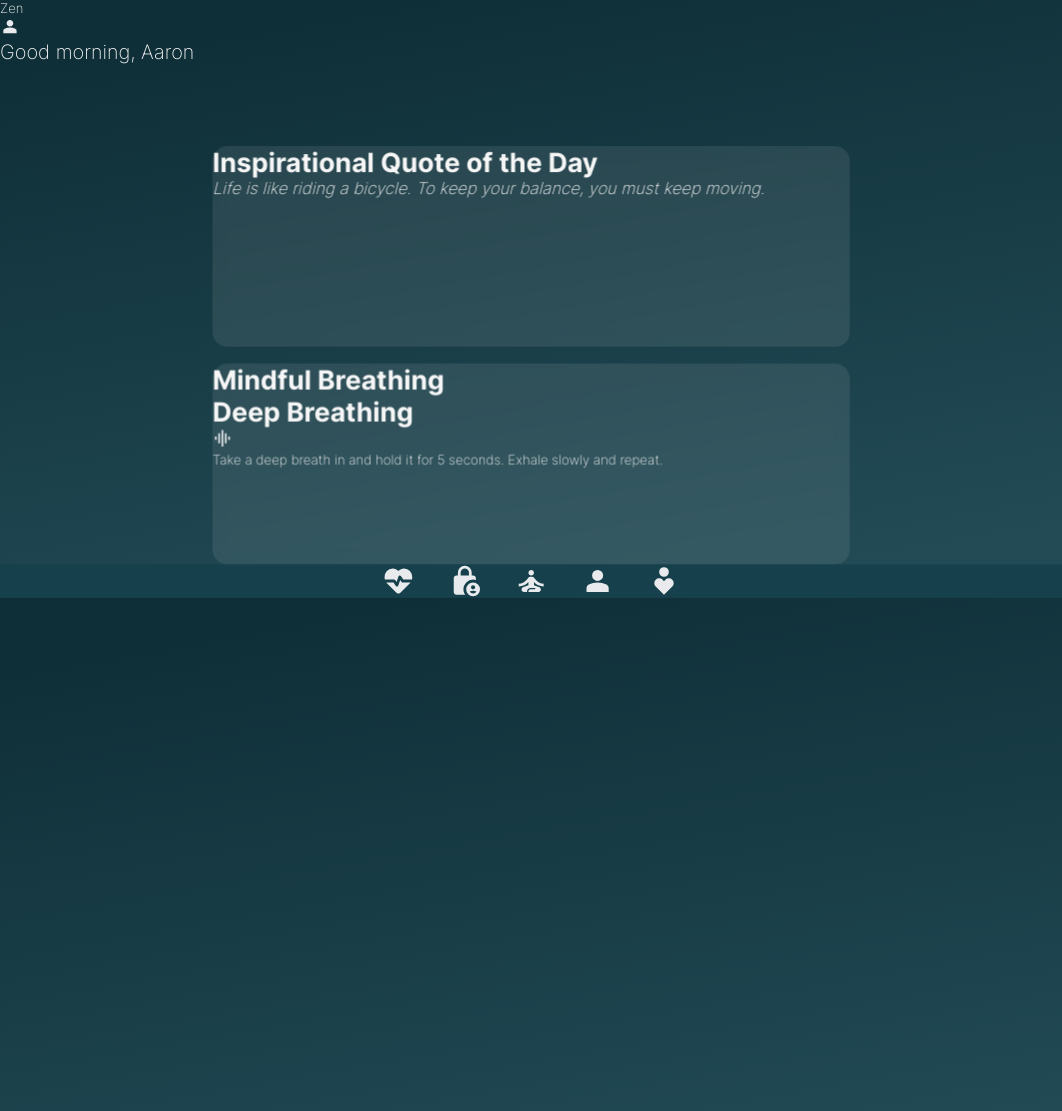
Repository: aaronw-dev/Zen
Page: dashboard.html
An editor plug-in stored every save of this project. The page is shown before and after the next save, followed by the edit.
The browser window is 1280 px wide. The pictures show the whole page, at 83% of full size.

Above is the page before, as saved 2024-06-08 14:07:23.

### dashboard.html
<!DOCTYPE html>
<html lang="en">

<head>
    <meta charset="UTF-8">
    <meta name="viewport" content="width=device-width, initial-scale=1.0">
    <title>Zen</title>
    <link rel="stylesheet" href="../static/colors.css">
    <link rel="stylesheet" href="../static/style.css">
</head>

<body>
    <div class="header">
        <logo src="../static/icons/crisis.svg">
        <span class="header-name">Zen</span>
    </div>
    <div class="profile-image">
        <img src="../static/icons/profile.svg">
        <h2>Good morning, Aaron</h2>
    </div>

    <div class="features">
        <div class="inspirational_quote">
            <h2 class="section-title">Inspirational Quote of the Day</h2>
            <p class="quote">Life is like riding a bicycle. To keep your balance, you must keep moving.</p>
        </div>
        <div class="mindful_breathing">

            <h2 class="section-title">Mindful Breathing</h2>
            <div class="mindful-audio">
                <h3 class="section-title">Deep Breathing</h3>
                <span class="audio-icon"><img src="../static/icons/audio.svg"></span>
            </div>

            <p>Take a deep breath in and hold it for 5 seconds. Exhale slowly and repeat.</p>
        </div>
    </div>
    <div class="bottom-icons">
        <img src="../static/icons/crisis.svg">
        <img src="../static/icons/journal.svg">
        <img src="../static/icons/meditate.svg">
        <img src="../static/icons/profile.svg">
        <img src="../static/icons/counselling.svg">
    </div>
</body>

</html>

### static/colors.css
:root {
    --text: #F6F6F6;
    --buttons: #0F2F38;
    --radial-bg: radial-gradient(89.12% 42.87% at 50.08% 50.93%, #2B606F 0%, #0D3642 100%);
    --linear-bg: linear-gradient(170deg, #0F2F38 9.2%, #224B56 91.67%);
}

### static/style.css
@font-face {
    font-family: Inter;
    src: url("./font/Inter-Bold.ttf");
    font-weight: bold;
}

@font-face {
    font-family: Inter;
    src: url("./font/Inter-ExtraLight.ttf");
    font-weight: lighter;
}

html {
    height: 100%;
}

body {
    background: radial-gradient(89.12% 42.87% at 50.08% 50.93%, #2B606F 0%, #0D3642 100%);
    width: 603px;
    height: 1339px;
    margin: 0;
    background-repeat: no-repeat;
    background-attachment: fixed;
    background: var(--linear-bg);
}

* {
    font-family: Inter;
    color: var(--text);
    font-weight: lighter;
}

h1,
h2,
h3,
h4,
h5,
h6,
p {
    margin-top: 0;
    margin-bottom: 0;
}

.hero {
    position: absolute;
    left: 50%;
    transform: translateX(-50%);
    margin: auto;
    width: 40%;
    display: flex;
    flex-direction: column;
    align-items: center;
    top: 70px;
}

.hero img {
    width: 100%;
}

.hero-name {
    font-size: 60px;
}

.tagline {
    display: flex;
    flex-direction: column;
    align-items: center;
    line-height: 0.85;
    position: absolute;
    top: 50%;
    left: 50%;
    transform: translate(-50%, -50%);
    width: max-content;
}

.tagline span:nth-child(1) {
    font-weight: bold;
    font-size: 3.5em;
}

.tagline span:nth-child(2) {
    font-weight: lighter;
    font-size: 3.2em;
}

.action-buttons {
    display: flex;
    flex-direction: column;
    align-items: center;
    width: 60%;
    position: absolute;
    bottom: 40px;
    gap: 20px;
    left: 50%;
    transform: translateX(-50%);
}
.features {
    display: flex;
    flex-direction: column;
    align-items: center;
    height: 70%;
    width: 60%;
    position: absolute;
    bottom: 40px;
    gap: 20px;
    left: 50%;
    transform: translateX(-50%);
}
.action-buttons button {
    width: 100%;
    padding: 5px 30px;
    font-size: 25px;
    border: none;
    background-color: var(--buttons);
    border-radius: 15px;
}

.inspirational_quote{
    width: 100%;
    height: 100%;
    background: rgba(219.94, 219.94, 219.94, 0.11); border-radius: 18px;
    backdrop-filter: blur(8.90px);

}
.inspirational_quote p{
    font-size: 20px;
}
.mindful_breathing{
    width: 100%;
    height: 100%;
    background: rgba(219.94, 219.94, 219.94, 0.11); border-radius: 18px;
    backdrop-filter: blur(8.90px);
}

.bottom-icons {
    height: 40px;
    background: #16404B;
    display: flex;
    justify-content: center;
    position: absolute;
    bottom: 0px;
    width: 100%;
    gap: 40px;
}
.bottom-icons img{

}
.header{
    display: flex;
    align-items: center;
}
.header img {
    margin-right: auto;
}
.header-name {
    margin-left: auto;
}

.section-title{
    color: #F6F6F6;
    font-family: Inter;
    font-size: 32px;
    font-style: normal;
    font-weight: 700;
    line-height: normal;
}
.section-title h3{
    color: #F6F6F6;
    font-family: Inter;
    font-size: 24px;
    font-style: normal;
    font-weight: 700;
    line-height: normal;
}
.quote{
    color: #F6F6F6;
    font-family: Inter;
    font-size: 28px;
    font-style: italic;
    font-weight: 200;
    line-height: normal;
}

After the next save:
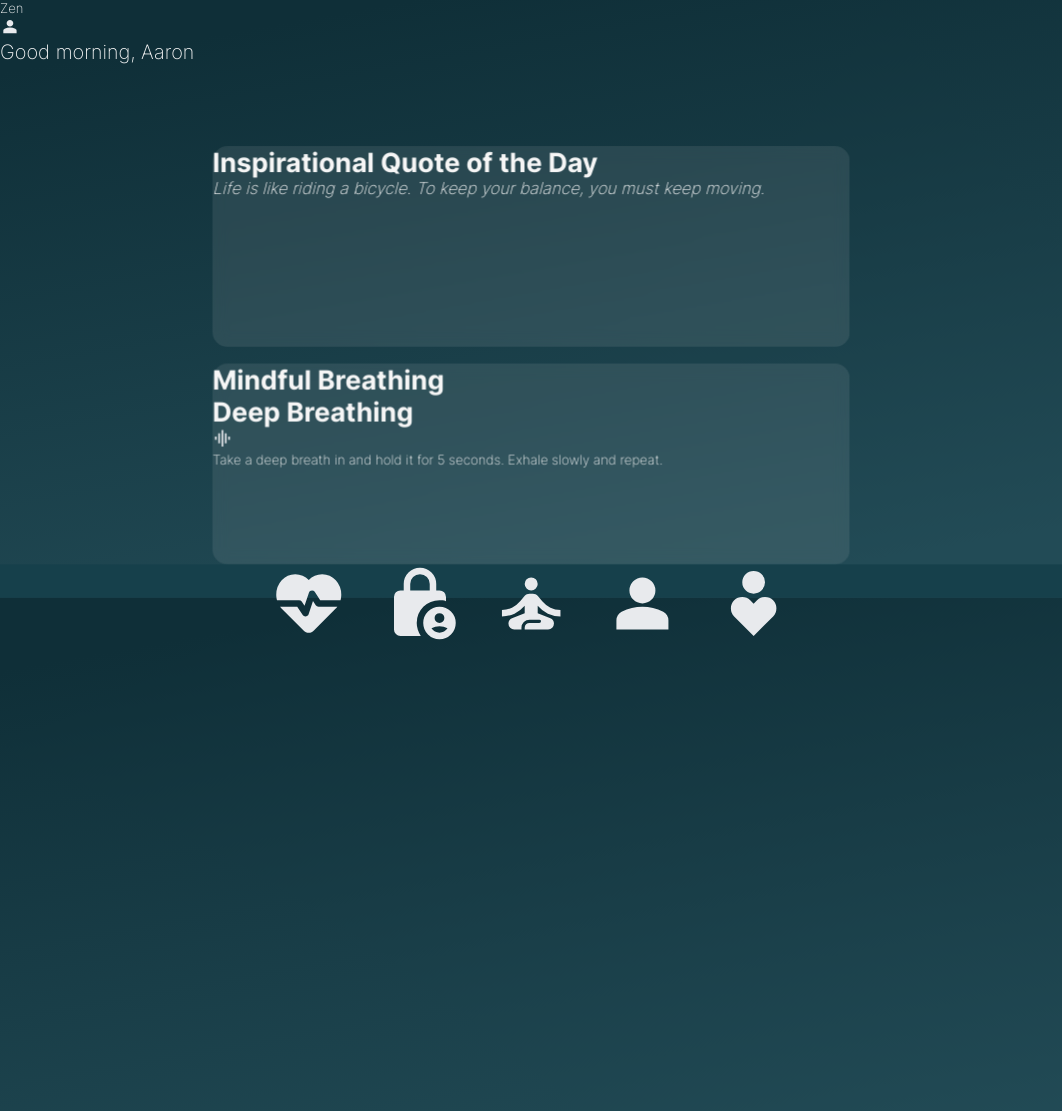
Saved 4 s later.
--- a/static/style.css
+++ b/static/style.css
@@ -143,7 +143,7 @@ p {
     gap: 40px;
 }
 .bottom-icons img{
-
+    height: 94px;
 }
 .header{
     display: flex;
